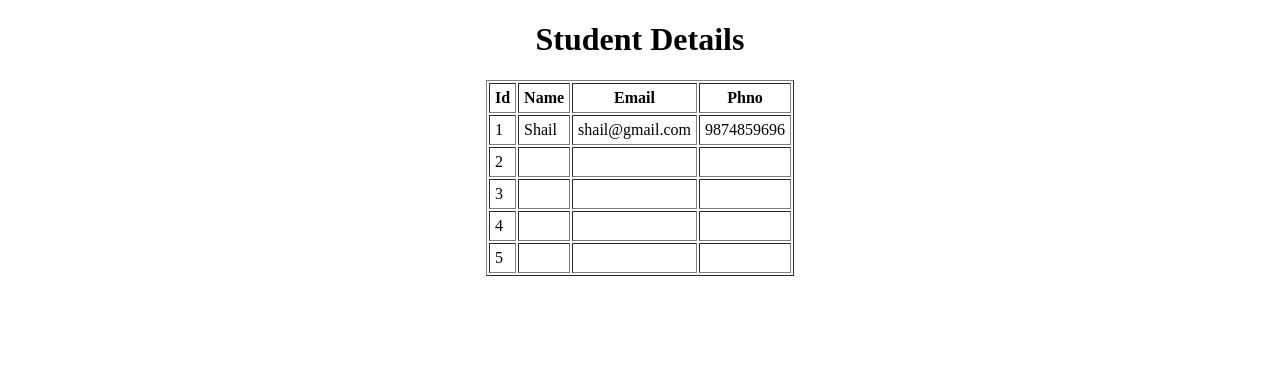
Repository: Chintan-elite/Java_Shail
Page: Learning_web/src/main/webapp/Table.html
The author's editor kept a copy of each file at every save. The page is drawn from the files as they stood at one save, then again after the next save.
The browser window is 1280 px wide. The pictures show the whole page.

Above is the page before, as saved 2023-09-08 12:29:13.

After the next save:
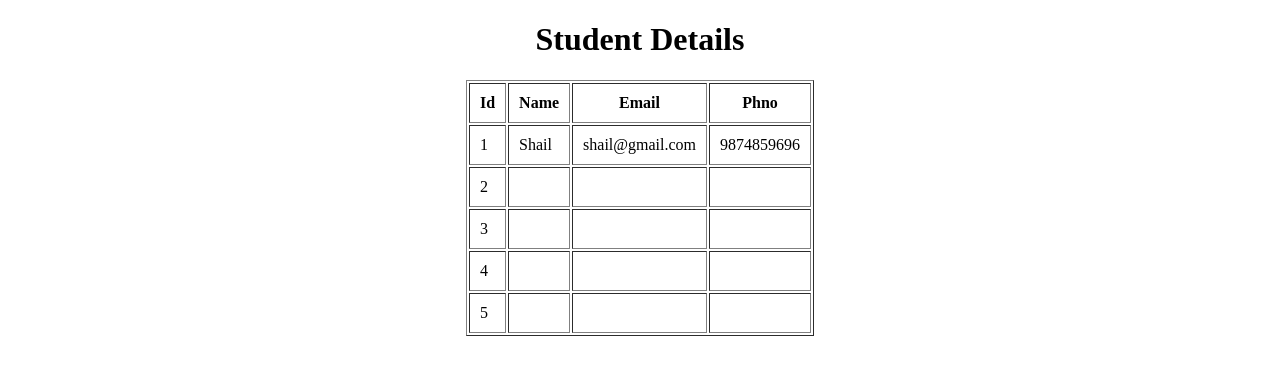
Saved 18 s later.
--- a/Learning_web/src/main/webapp/Table.html
+++ b/Learning_web/src/main/webapp/Table.html
@@ -7,7 +7,7 @@
 <body>
 		<h1 align="center">Student Details</h1>
 
-		<table border="1" align="center" cellpadding="5">
+		<table border="1" align="center" cellpadding="10">
 		<tr>
 			<th>Id</th>
 			<th>Name</th>
